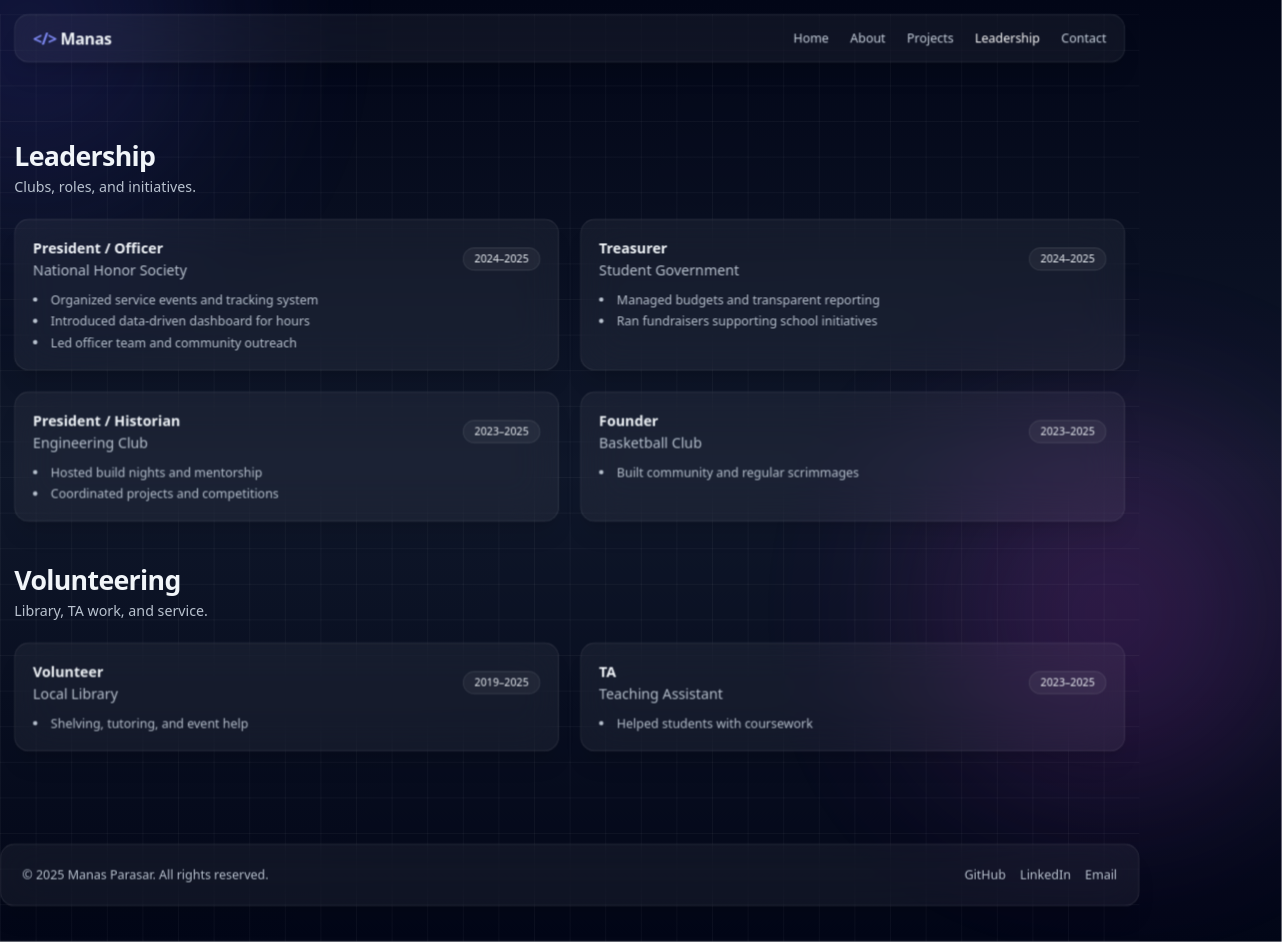
Repository: Manas-Parasar/portfolio-manas-parasar
Page: /leadership
An editor plug-in stored every save of this project. The page is shown before and after the next save, followed by the edit.
The browser window is 1280 px wide. The page is 1440 px wide, so the pictures cover 1440 px, including what lies to the right of the window. The pictures show the whole page, at 89% of full size.
The project was rebuilt for these pictures with package versions that can differ from the ones it lists, and the page was loaded fresh each time. Also part of the build but not shown: vite.config.js, src/components/Hero.jsx, src/components/ProjectCard.jsx, src/pages/Home.jsx, src/pages/About.jsx, src/pages/Projects.jsx, src/pages/Contact.jsx.

Above is the page before, as saved 2025-08-19 17:25:38.

### index.html
<!DOCTYPE html>
<html lang="en">
  <head>
    <meta charset="UTF-8" />
    <meta name="viewport" content="width=device-width, initial-scale=1.0" />
    <title>Manas Parasar — Portfolio</title>
    <meta
      name="description"
      content="Portfolio of Manas Parasar: projects, leadership, research, and impact."
    />
    <link rel="icon" href="/favicon.svg" />
  </head>
  <body
    class="min-h-screen bg-gradient-to-b from-slate-950 via-slate-900 to-slate-950 text-slate-100"
  >
    <div id="root"></div>
    <script type="module" src="/src/main.jsx"></script>
  </body>
</html>

### src/main.jsx
import { BrowserRouter } from "react-router-dom";
import "./index.css";
import React from "react";
import ReactDOM from "react-dom/client";
import App from "./App";

ReactDOM.createRoot(document.getElementById("root")).render(
  <React.StrictMode>
    <BrowserRouter>
      <App />
    </BrowserRouter>
  </React.StrictMode>
);

### src/index.css
@tailwind base;
@tailwind components;
@tailwind utilities;

/* Subtle selection & scrollbar tweaks */
::selection {
  background: #6366f1;
  color: white;
}
::-webkit-scrollbar {
  width: 10px;
}
::-webkit-scrollbar-thumb {
  background: rgba(148, 163, 184, 0.4);
  border-radius: 999px;
}

/* Reusable utilities */
@layer utilities {
  .glass {
    @apply bg-white/5 backdrop-blur-xl border border-white/10 shadow-xl;
  }
  .btn {
    @apply inline-flex items-center gap-2 rounded-2xl px-5 py-2 font-medium transition;
  }
  .btn-primary {
    @apply btn bg-brand-600 hover:bg-brand-500 text-white;
  }
  .btn-ghost {
    @apply btn glass hover:bg-white/10;
  }
  .headline {
    @apply text-4xl md:text-5xl font-extrabold tracking-tight;
  }
  .subtle {
    @apply text-slate-300/90;
  }
}

### src/App.jsx
import { Routes, Route } from "react-router-dom";
import Navbar from "./components/Navbar";
import Footer from "./components/Footer";
import Home from "./pages/Home";
import About from "./pages/About";
import Projects from "./pages/Projects";
import Leadership from "./pages/Leadership";
import Contact from "./pages/Contact";

export default function App() {
  return (
    <div className="min-h-screen bg-grid-sheer bg-grid-sheer bg-[length:40px_40px]">
      <div className="absolute inset-0 -z-10 opacity-70" aria-hidden>
        <div className="absolute -top-40 -left-40 h-96 w-96 rounded-full bg-brand-500 blur-[120px] opacity-30 animate-float" />
        <div className="absolute -bottom-40 -right-40 h-96 w-96 rounded-full bg-fuchsia-500 blur-[120px] opacity-30 animate-float" />
      </div>
      <Navbar />
      <main className="container py-10">
        <Routes>
          <Route path="/" element={<Home />} />
          <Route path="/about" element={<About />} />
          <Route path="/projects" element={<Projects />} />
          <Route path="/leadership" element={<Leadership />} />
          <Route path="/contact" element={<Contact />} />
        </Routes>
      </main>
      <Footer />
    </div>
  );
}

### src/components/Navbar.jsx
import { Link, NavLink } from "react-router-dom";
import { Menu, X } from "lucide-react";
import { useState } from "react";

export default function Navbar() {
  const [open, setOpen] = useState(false);
  const nav = [
    { to: "/", label: "Home" },
    { to: "/about", label: "About" },
    { to: "/projects", label: "Projects" },
    { to: "/leadership", label: "Leadership" },
    { to: "/contact", label: "Contact" },
  ];

  const NavItems = ({ onClick }) => (
    <ul className="flex flex-col md:flex-row gap-4 md:gap-6 text-sm">
      {nav.map((n) => (
        <li key={n.to}>
          <NavLink
            to={n.to}
            onClick={onClick}
            className={({ isActive }) =>
              `transition hover:text-white ${
                isActive ? "text-white" : "text-slate-300"
              }`
            }
          >
            {n.label}
          </NavLink>
        </li>
      ))}
    </ul>
  );

  return (
    <header className="sticky top-0 z-50">
      <div className="container mt-4">
        <div className="glass rounded-2xl px-5 py-3 flex items-center justify-between">
          <Link to="/" className="font-black tracking-tight text-lg">
            <span className="text-brand-400">&lt;/&gt;</span> Manas
          </Link>
          <nav className="hidden md:block">
            <NavItems />
          </nav>
          <button
            className="md:hidden btn-ghost"
            onClick={() => setOpen(!open)}
            aria-label="Toggle Menu"
          >
            {open ? <X size={20} /> : <Menu size={20} />}
          </button>
        </div>
        {open && (
          <div className="md:hidden mt-2 glass rounded-2xl px-5 py-4">
            <NavItems onClick={() => setOpen(false)} />
          </div>
        )}
      </div>
    </header>
  );
}

### src/components/Footer.jsx
export default function Footer() {
  return (
    <footer className="mt-16 pb-10">
      <div className="container glass rounded-2xl p-6 flex flex-col md:flex-row items-center justify-between gap-4">
        <p className="text-sm subtle">
          © {new Date().getFullYear()} Manas Parasar. All rights reserved.
        </p>
        <div className="text-sm subtle flex gap-4">
          <a
            href="https://github.com/"
            target="_blank"
            className="hover:text-white"
          >
            GitHub
          </a>
          <a
            href="https://linkedin.com/"
            target="_blank"
            className="hover:text-white"
          >
            LinkedIn
          </a>
          <a href="mailto:manas@example.com" className="hover:text-white">
            Email
          </a>
        </div>
      </div>
    </footer>
  );
}

### src/pages/Leadership.jsx
import { TimelineItem } from "../components/TimelineItem";
import Section from "../components/Section";

export default function Leadership() {
  return (
    <>
      <Section title="Leadership" subtitle="Clubs, roles, and initiatives.">
        <div className="grid md:grid-cols-2 gap-6">
          <TimelineItem
            org="National Honor Society"
            role="President / Officer"
            period="2024–2025"
            points={[
              "Organized service events and tracking system",
              "Introduced data-driven dashboard for hours",
              "Led officer team and community outreach",
            ]}
          />
          <TimelineItem
            org="Student Government"
            role="Treasurer"
            period="2024–2025"
            points={[
              "Managed budgets and transparent reporting",
              "Ran fundraisers supporting school initiatives",
            ]}
          />
          <TimelineItem
            org="Engineering Club"
            role="President / Historian"
            period="2023–2025"
            points={[
              "Hosted build nights and mentorship",
              "Coordinated projects and competitions",
            ]}
          />
          <TimelineItem
            org="Basketball Club"
            role="Founder"
            period="2023–2025"
            points={["Built community and regular scrimmages"]}
          />
        </div>
      </Section>

      <Section title="Volunteering" subtitle="Library, TA work, and service.">
        <div className="grid md:grid-cols-2 gap-6">
          <TimelineItem
            org="Local Library"
            role="Volunteer"
            period="2019–2025"
            points={["Shelving, tutoring, and event help"]}
          />
          <TimelineItem
            org="Teaching Assistant"
            role="TA"
            period="2023–2025"
            points={["Helped students with coursework"]}
          />
        </div>
      </Section>
    </>
  );
}

### src/components/Section.jsx
export default function Section({ title, subtitle, children, cta }) {
  return (
    <section className="mt-12">
      <div className="flex items-end justify-between gap-4 mb-6">
        <div>
          <h2 className="text-2xl md:text-3xl font-bold tracking-tight">
            {title}
          </h2>
          {subtitle && <p className="subtle mt-1">{subtitle}</p>}
        </div>
        {cta}
      </div>
      <div className="grid gap-6">{children}</div>
    </section>
  );
}

### src/components/TimelineItem.jsx
export function TimelineItem({ org, role, period, points = [] }) {
  return (
    <div className="glass rounded-2xl p-5">
      <div className="flex flex-col md:flex-row md:items-center md:justify-between">
        <div>
          <h3 className="font-semibold">{role}</h3>
          <p className="subtle">{org}</p>
        </div>
        <span className="text-xs mt-2 md:mt-0 px-3 py-1 rounded-full bg-white/5 border border-white/10">
          {period}
        </span>
      </div>
      {points?.length > 0 && (
        <ul className="list-disc list-inside mt-3 text-sm subtle space-y-1">
          {points.map((p, i) => (
            <li key={i}>{p}</li>
          ))}
        </ul>
      )}
    </div>
  );
}

### tailwind.config.js
/** @type {import('tailwindcss').Config} */
export default {
  content: ["./index.html", "./src/**/*.{js,jsx,ts,tsx}"],
  theme: {
    extend: {
      container: { center: true, padding: "1rem" },
      fontFamily: {
        display: ["Inter", "ui-sans-serif", "system-ui"],
      },
      colors: {
        brand: {
          50: "#eef2ff",
          100: "#e0e7ff",
          200: "#c7d2fe",
          300: "#a5b4fc",
          400: "#818cf8",
          500: "#6366f1",
          600: "#4f46e5",
          700: "#4338ca",
          800: "#3730a3",
          900: "#312e81",
        },
      },
      boxShadow: {
        glow: "0 0 0 0 rgba(99,102,241,0.5), 0 0 80px 10px rgba(99,102,241,0.25)",
      },
      backgroundImage: {
        "grid-sheer":
          "linear-gradient(rgba(255,255,255,0.04) 1px, transparent 1px), linear-gradient(90deg, rgba(255,255,255,0.04) 1px, transparent 1px)",
      },
      backgroundSize: {
        "grid-sheer": "40px 40px",
      },
      animation: {
        float: "float 6s ease-in-out infinite",
        shimmer: "shimmer 4s linear infinite",
      },
      keyframes: {
        float: {
          "0%, 100%": { transform: "translateY(0px)" },
          "50%": { transform: "translateY(-10px)" },
        },
        shimmer: {
          "0%": { backgroundPosition: "-200% 0" },
          "100%": { backgroundPosition: "200% 0" },
        },
      },
    },
  },
  plugins: [],
};

After the next save:
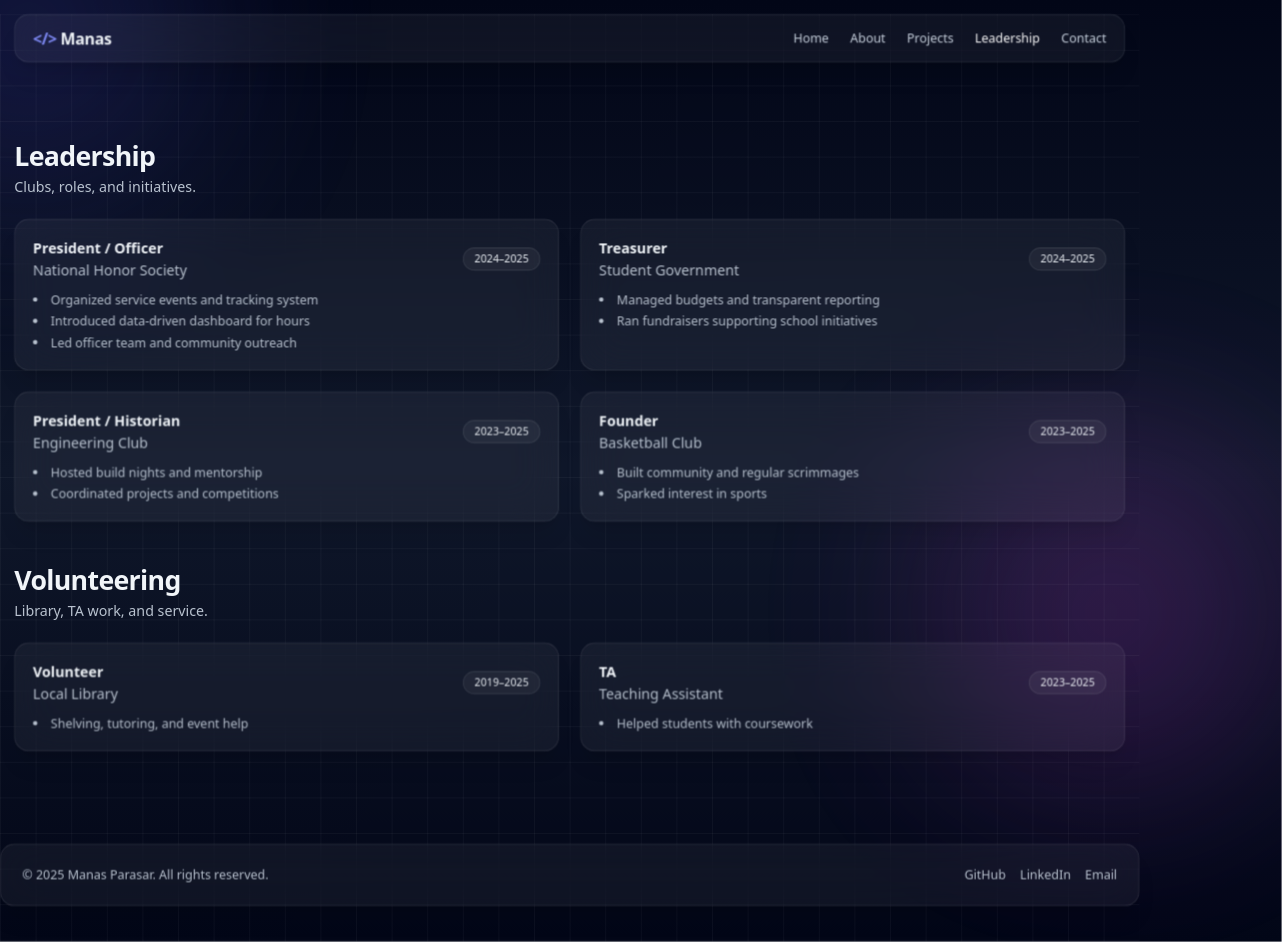
Saved 2 min 22 s later.
--- a/src/pages/Leadership.jsx
+++ b/src/pages/Leadership.jsx
@@ -38,7 +38,10 @@ export default function Leadership() {
             org="Basketball Club"
             role="Founder"
             period="2023–2025"
-            points={["Built community and regular scrimmages"]}
+            points={[
+              "Built community and regular scrimmages",
+              "Sparked interest in sports",
+            ]}
           />
         </div>
       </Section>
